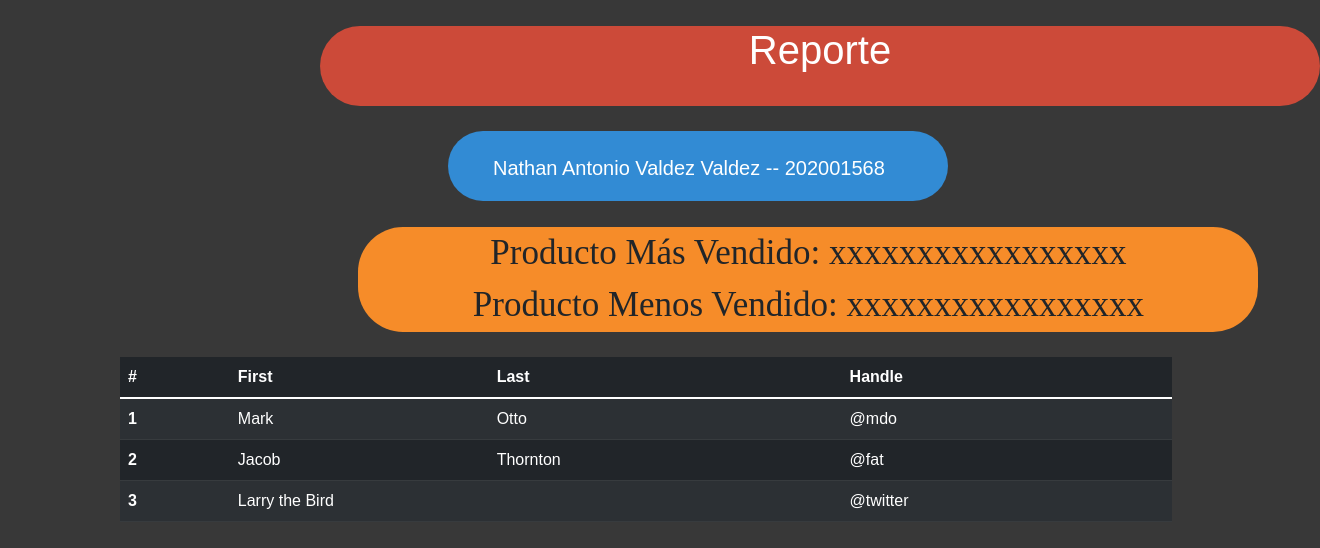
Repository: nathanvdev/LFP_PR_202001568
Page: plantilla.html
These files come from the project's save history. The page is drawn as it stood at one moment and after a run of saves; the edit follows.
The browser window is 1280 px wide. The page is 1320 px wide, so the pictures cover 1320 px, including what lies to the right of the window. The pictures show the whole page.

Above is the page before, as saved 2022-02-19 19:22:43.

After the next 2 saves:
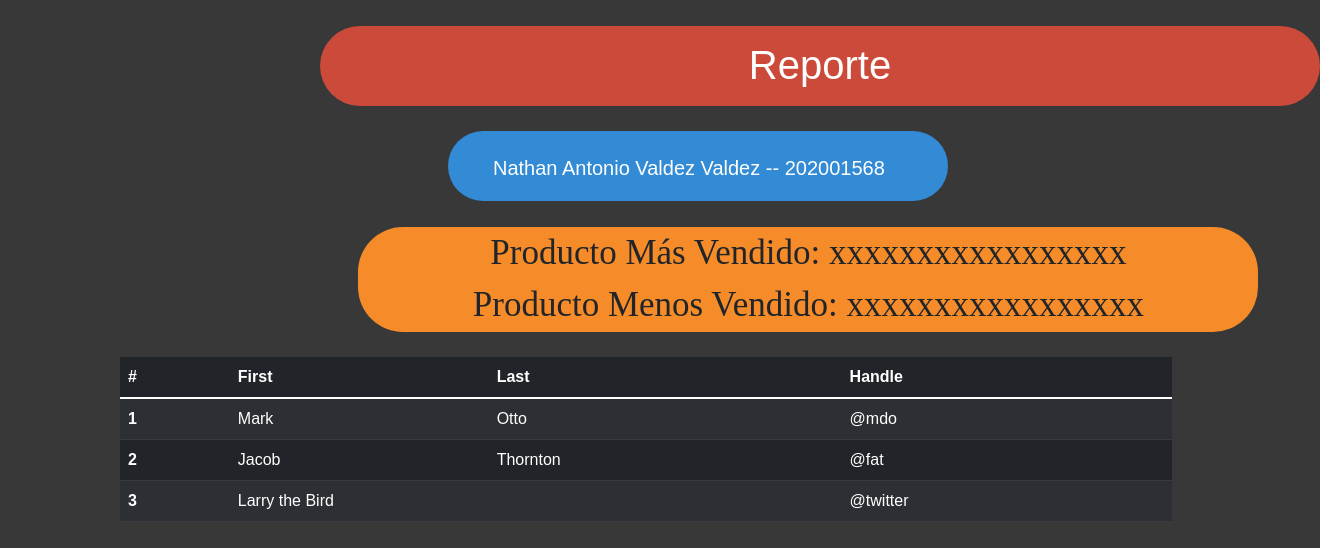
The 2 saves are shown as one change because they came seconds apart.
The last was saved 3 min 14 s later.
--- a/plantilla.html
+++ b/plantilla.html
@@ -55,12 +55,11 @@
         font-size: 35px;
         font-family: 'Times New Roman', Times, serif;
 
-
     }
 </style>
 <body style="background-color: rgb(56, 56, 56);">
     <div class="titlebox">
-        <h1 style="color: white;">Reporte</h1>
+        <h1 style="color: white; padding-top: 15px;">Reporte</h1>
     </div>
     <div class="PersonalInfo">
         <h3 style="color: white;
